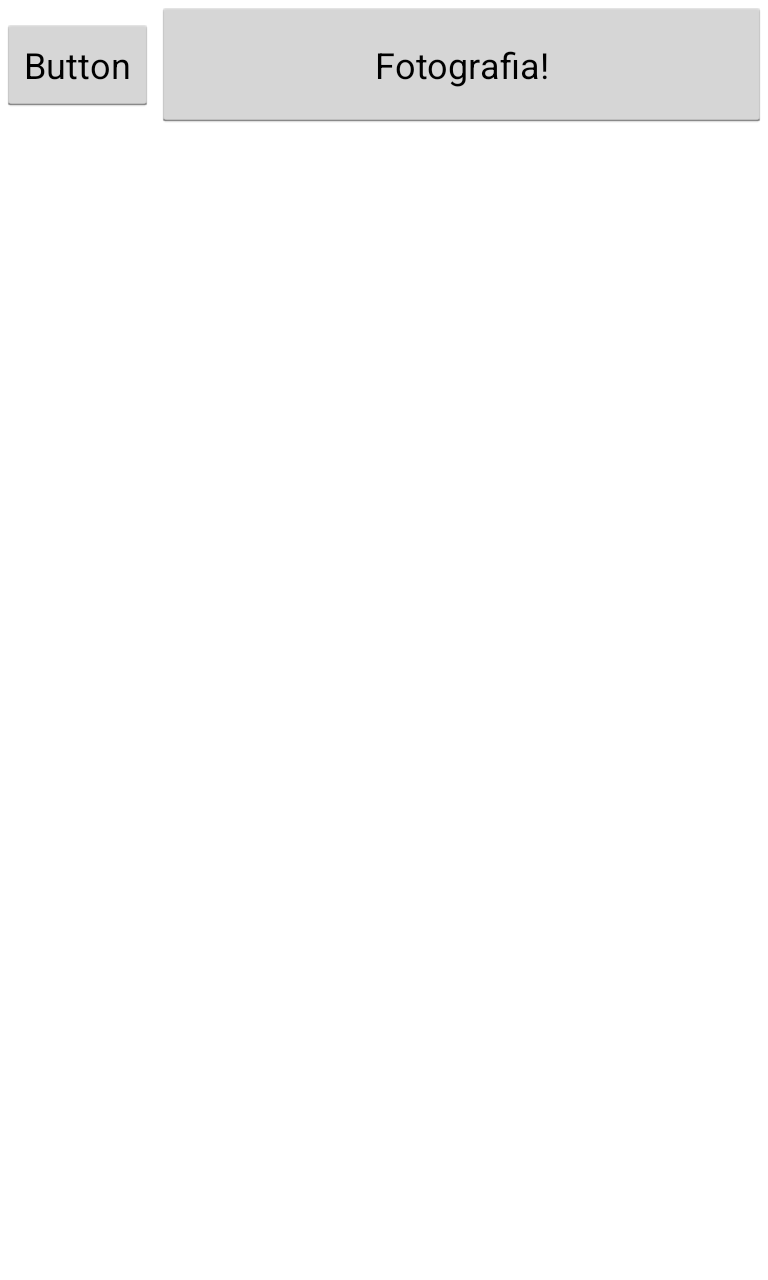
Repository: sstevenmr/SP-Galileo
Layout: Demo3_10/res/layout/activity_main.xml
These files come from the project's save history. The layout is drawn as it stood at one moment and after the next save; the edit follows.
It is drawn on a 768 x 1280 px phone screen (xhdpi) without system bars, with theme AppTheme; the app's code is not run. Lists and similar views that code fills are empty.

Above is the layout before, as saved 2014-02-24 17:01:05.

### Demo3_10/res/layout/activity_main.xml
<LinearLayout xmlns:android="http://schemas.android.com/apk/res/android"
    xmlns:tools="http://schemas.android.com/tools"
    android:layout_width="match_parent"
    android:layout_height="match_parent"
    android:orientation="vertical"
    tools:context=".MainActivity" >

    <LinearLayout
        android:orientation="horizontal"
        android:layout_width="match_parent"
        android:layout_height="wrap_content" >

        <Button
            android:id="@+id/button1"
            android:layout_width="wrap_content"
            android:layout_height="wrap_content"
            android:text="Button" />

        <Button
            android:id="@+id/btnPhoto"
            android:layout_width="match_parent"
            android:layout_height="wrap_content"
            android:gravity="center"
            android:padding="20dp"
            android:text="@string/btn_Photo" />

        <Button
            android:id="@+id/btnUpdate"
            android:layout_width="wrap_content"
            android:layout_height="wrap_content"
            android:gravity="center"
            android:padding="20dp"
            android:text="@string/btn_Photo" />
    </LinearLayout>

    <GridView
        android:id="@+id/grid"
        android:layout_width="match_parent"
        android:layout_height="wrap_content"
        android:layout_marginTop="20dp"
        android:numColumns="2" >
    </GridView>

</LinearLayout>

### Demo3_10/res/values/strings.xml
<?xml version="1.0" encoding="utf-8"?>
<resources>

    <string name="app_name">Demo3</string>
    <string name="action_settings">Settings</string>
    <string name="hello_world">Hello world!</string>
    <string name="btn_Photo">Fotografia!</string>
    <string name="msg_yes">si</string>
    <string name="msg_no">no</string>
    <string name="title_activity_camera">CameraActivity</string>
	 <string name="btn_from_gallery">Desde la galeria</string>
	  <string name="btn_from_camera">Desde la camara</string>
</resources>

Loaded but not shown: Demo3_10/res/values/styles.xml (common file); Demo3_10/res/values-v11/styles.xml (common file); Demo3_10/res/values-v14/styles.xml (common file)

After the next save:
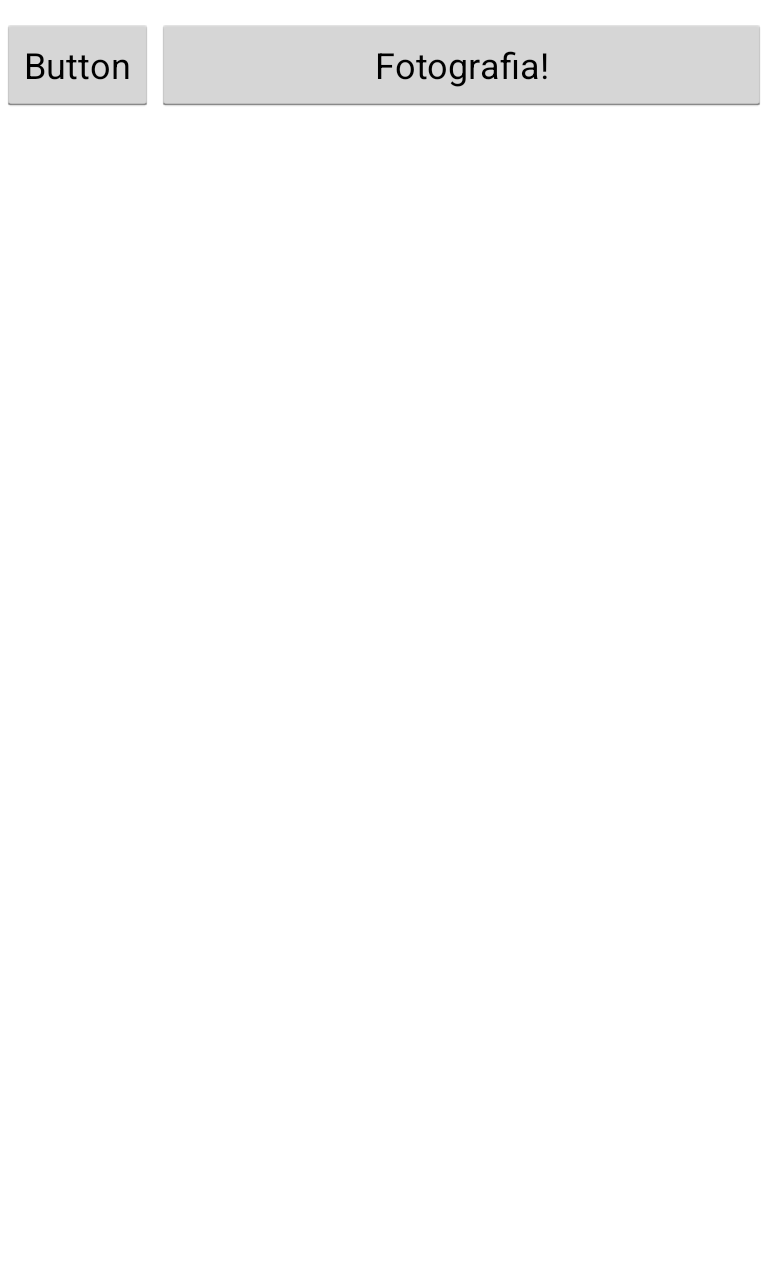
Saved 84 s later.
--- a/Demo3_10/res/layout/activity_main.xml
+++ b/Demo3_10/res/layout/activity_main.xml
@@ -21,7 +21,6 @@
             android:layout_width="match_parent"
             android:layout_height="wrap_content"
             android:gravity="center"
-            android:padding="20dp"
             android:text="@string/btn_Photo" />
 
         <Button
